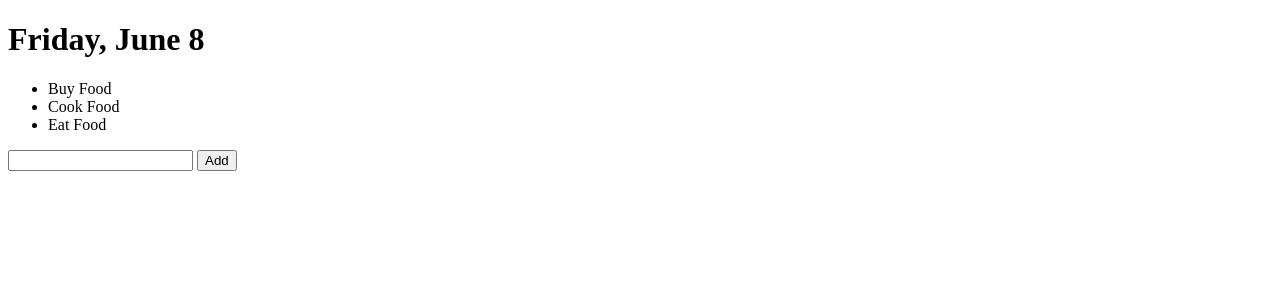
Repository: DESTINYAS/ToDo-List
Page: http://localhost/
These files come from the project's save history. The page is drawn as it stood at one moment and after the next save; the edit follows.
The browser window is 1280 px wide. The pictures show the whole page.
The page is served by the project's Node server (app.js).

Above is the page before, as saved 2022-08-24 11:46:07.

After the next save:
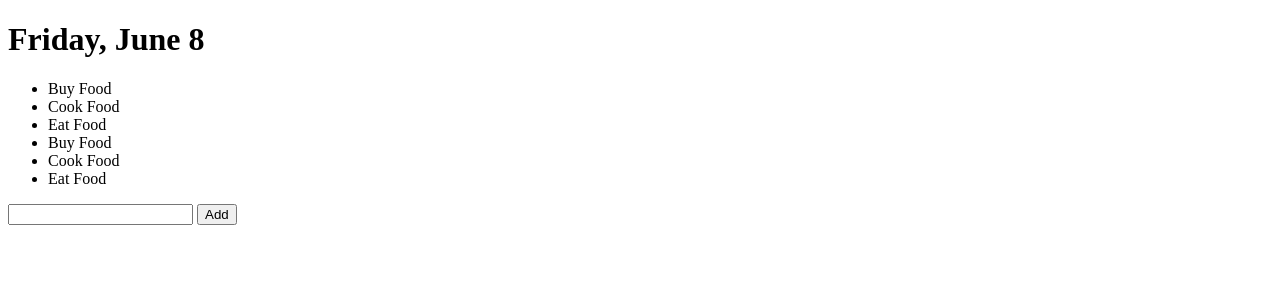
Saved 4 min 28 s later.
--- a/app.js
+++ b/app.js
@@ -2,7 +2,7 @@ const express = require("express");
 const bodyParser = require("body-parser");
 
 const app = express();
-var items = [];
+var items = ["Buy Food", "Cook Food", "Eat Food"];
 app.set("view engine", "ejs");
 app.use(bodyParser.urlencoded({ extended: true }));
 

After the save that followed:
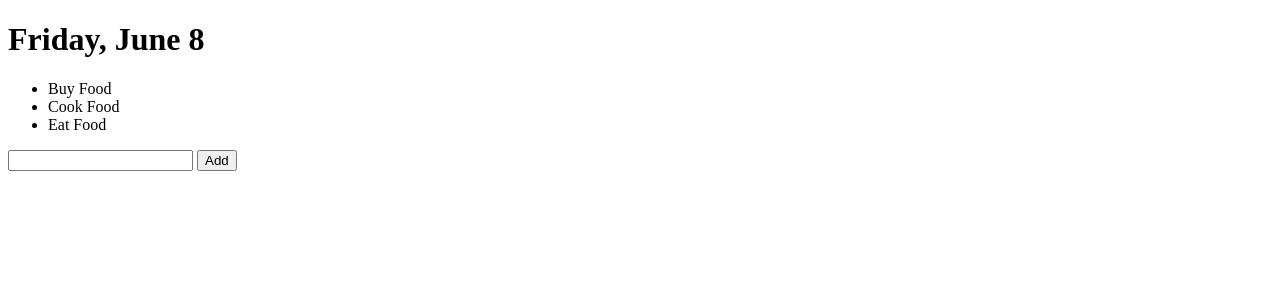
Saved 54 s later.
--- a/views/list.ejs
+++ b/views/list.ejs
@@ -9,9 +9,6 @@
   <body>
     <h1><%= kindOfDay %></h1>
     <ul>
-      <li>Buy Food</li>
-      <li>Cook Food</li>
-      <li>Eat Food</li>
       <% for( var i=0;i<newListItems.length;i++) {%>
       <li><%= newListItems[i] %></li>
       <%}%>
